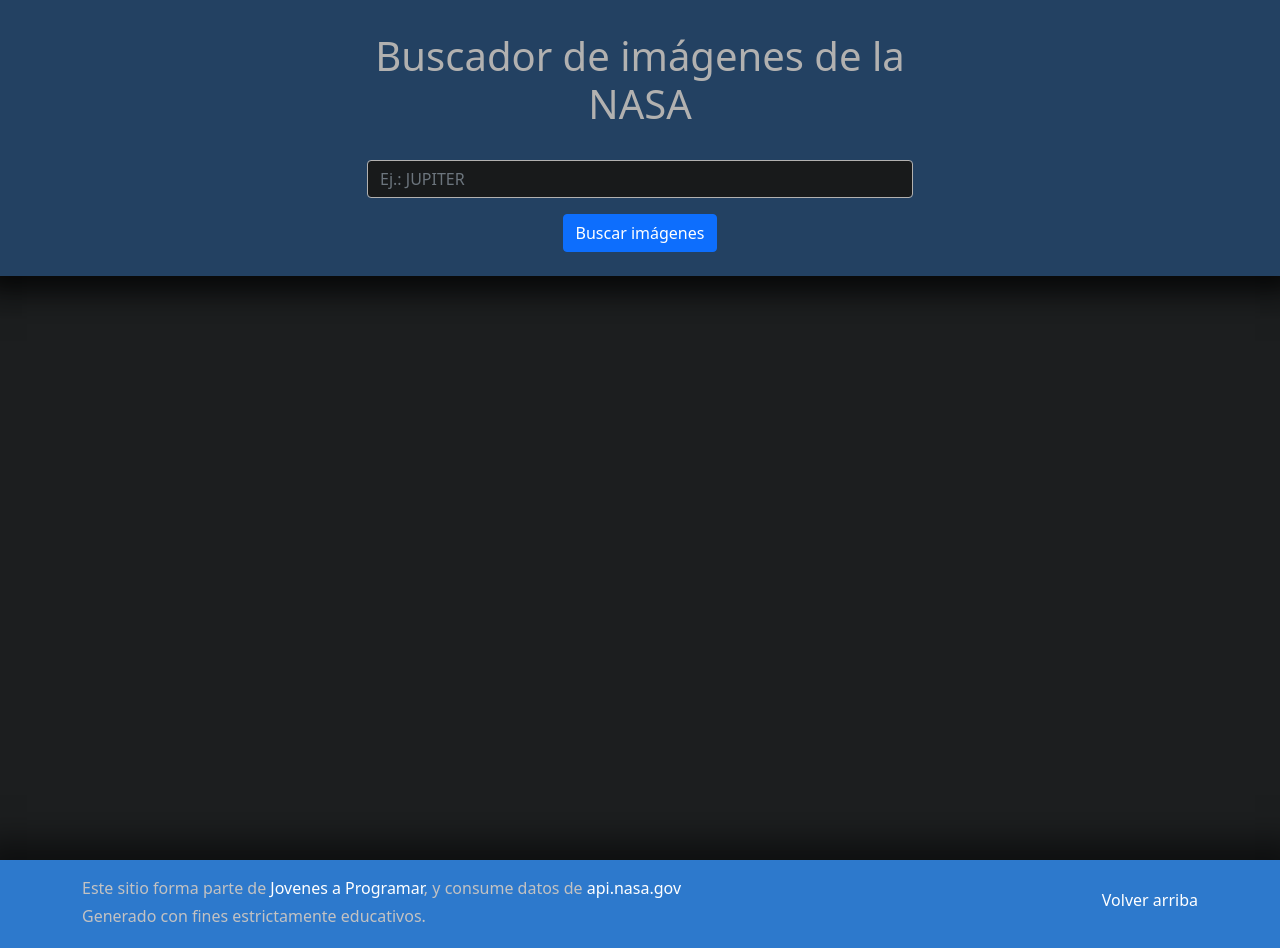
Repository: romancegirl/galaxies
Page: index.html
The author's editor kept a copy of each file at every save. The page is drawn from the files as they stood at one save, then again after the next save.
The browser window is 1280 px wide. The pictures show the whole page.

Above is the page before, as saved 2024-11-30 04:53:13.

### index.html
<!doctype html>
<html lang="es">

<head>
  <meta charset="utf-8">
  <meta name="viewport" content="width=device-width, initial-scale=1">
  <title>Buscador de imágenes de la NASA</title>

  <link href="css/bootstrap.min.css" rel="stylesheet">
  <link rel="stylesheet" href="css/style.css">
</head>

<body>

  <header>
    <div id="intro">
      <div class="text-center container">
        <div class="row py-lg-3">
          <div class="col-lg-6 col-md-8 mx-auto" id="beggining">
            <h1 class="fw-light">Buscador de imágenes de la NASA</h1>
            <input type="search" class="form-control" name="buscar" id="inputBuscar" placeholder="Ej.: JUPITER">
            <button class="btn btn-primary my-2" id="btnBuscar">Buscar imágenes</button>
          </div>
        </div>
      </div>
    </div>
  </header>

  <main>
    <div class="container">
      <div id="contenedor">
      </div>
    </div>
  </main>


  <footer class="text-muted py-3">
    <div class="container">
      <p class="float-end mb-1">
        <a href="#">Volver arriba</a>
      </p>
      <p class="mb-1">Este sitio forma parte de <a href="https://jovenesaprogramar.edu.uy/" target="_blank">
          Jovenes a Programar</a>, y consume datos de <a href="https://api.nasa.gov/" target="_blank">
          api.nasa.gov</a></p>
      <p class="mb-1">Generado con fines estrictamente educativos.</p>
    </div>
  </footer>

  <script src="https://cdn.jsdelivr.net/npm/bootstrap@5.3.1/dist/js/bootstrap.bundle.min.js"></script>
  <script src="js/space.js"></script>

</body>

</html>

### css/style.css
header {
    background-color: #2D79CC;
    bottom: 0;
    width: 100%;
    box-shadow: 0 0 30px 20px rgba(0, 0, 0, 0.5);
}

body {
    background-color: #1C1E1F;
    color: #B2B1B0;
    display: flex;
    flex-direction: column;
    min-height: 100vh;
}

main {
    min-height: calc(100vh - 160px);
    flex-grow: 1;
}

#intro {
    background-color: #1c1e1f9b;
    padding-top: 1rem;
    position: relative;
    box-shadow: 0 0 20px 10px rgba(0, 0, 0, 0.5);
}

h1 {
    margin-bottom: 2rem;
}

#inputBuscar {
    margin-bottom: 0.5rem;
}

input[type="search"] {
    background-color: #181A1B;
    border: 1px solid #B2B1B0;
    color: #B2B1B0;
}

input[type="search"]:focus {
    box-shadow: 0 0 5px #2D79CC;
    background-color: #181A1B;
    border: 1px solid #2D79CC;
    color: #B2B1B0;
}

.form-control {
    margin-bottom: 0.5rem;
}


#contenedor {
    display: flex;
    flex-wrap: wrap;
    justify-content: center;
    gap: 1rem;
    align-items: center;
}

.card {
    width: 22rem;
    height: 500px;
    display: flex;
    flex-direction: column;
    overflow: hidden;
    margin-top: 2rem;
    background-color: #181A1B;
    color: #c3c2c2;
    box-shadow: 0 0 4px 4px #2d7acc66;
}

.card-img-top {
    width: 100%;
    height: 250px;
    object-fit: cover;
}

.card-body {
    height: 250px;
    overflow-y: auto;
    padding: 1rem;
}

.card-text {
    display: -webkit-box;
    -webkit-line-clamp: 3;
    -webkit-box-orient: vertical;
    overflow: hidden;
    transition: all 0.3s ease-in-out;
}

.card-text.more {
    -webkit-line-clamp: 3;
    overflow: hidden;
}

.card-text.full {
    -webkit-line-clamp: unset;
    overflow: visible;
}

#more {
    cursor: pointer;
    color: #007bff;
    text-decoration: none;
    display: block;
    margin-top: 10px;
}



footer {
    background-color: #2D79CC;
    bottom: 0;
    width: 100%;
    margin-top: 1.5rem;
    box-shadow: 0 0 30px 20px rgba(0, 0, 0, 0.5);
}

footer p {
    color: #c3c2c2
}

footer a {
    color: #ffffff;
    text-decoration: none;
}

footer a:hover {
    color: #9b9a9b;
    transform: scale(1.05);
    transition: color 0.3s, text-shadow 0.3s;
}

footer .float-end {
    transform: translateY(50%);
}




@media (max-width: 1200px) {
    .col-lg-6 {
        width: 50%;
    }
}

@media (max-width: 768px) {
    .col-md-4 {
        width: 100%;
    }
}

### js/space.js
// Función para alternar la visibilidad del texto
function toggleDescription(button) {
    const cardBody = button.closest('.card-body');
    const descriptionText = cardBody.querySelector('.card-text');

    // Alternar clases entre "more" y "full" en el texto de la descripción
    if (descriptionText.classList.contains('more')) {
        descriptionText.classList.remove('more');
        descriptionText.classList.add('full');
        button.textContent = 'Ver menos'; // Cambiar el texto del botón
    } else {
        descriptionText.classList.remove('full');
        descriptionText.classList.add('more');
        button.textContent = 'Ver más'; // Cambiar el texto del botón
    }
}

// Asegúrate de que el evento de clic esté correctamente asignado en el HTML generado
const inputBuscar = document.getElementById('inputBuscar');
const btnBuscar = document.getElementById('btnBuscar');
const contenedor = document.getElementById('contenedor');

const searchNASAImages = async () => {
    const query = inputBuscar.value.trim();

    if (!query) {
        alert('Por favor, ingresa un término de búsqueda.');
        return;
    }

    const nasaAPI = `https://images-api.nasa.gov/search?q=${query}`;

    try {
        const response = await fetch(nasaAPI);
        const data = await response.json();

        const items = data.collection.items;
        if (!items || items.length === 0) {
            contenedor.innerHTML = `
            <h3><strong>No hemos encontrado información relacionada a "${query}".</strong></h3>`;
            return;
        }

        contenedor.innerHTML = '';

        const row = document.createElement('div');
        row.className = 'row';

        items.forEach((item) => {
            const { title, description, date_created } = item.data[0];
            const imageUrl = item.links?.[0]?.href || 'https://via.placeholder.com/150';

            // Crear la tarjeta
            const card = document.createElement('div');
            card.className = 'col-12 col-md-4 mb-6';

            // Contenido de la tarjeta
            card.innerHTML = `
                <div class="card">
                    <img src="${imageUrl}" class="card-img-top" alt="${title}">
                    <div class="card-body">
                        <h5 class="card-title">${title}</h5>
                        <p class="card-text more">${description || 'Descripción no disponible.'}</p>
                        <!-- Aquí controlamos la visibilidad del botón -->
                        ${description && description.length > 200 ? '<p class="card-text" id="more" onclick="toggleDescription(this)">Ver más</p>' : ''}
                        <p class="card-text"><small class="text-muted">Fecha: ${new Date(date_created).toLocaleDateString()}</small></p>
                    </div>
                </div>
            `;

            const descriptionText = card.querySelector('.card-text');
            const moreButton = card.querySelector('#more');
            if (!description || description.length <= 200) {
                if (moreButton) {
                    moreButton.style.display = 'none';
                }
                descriptionText.classList.add('full');
            }

            row.appendChild(card);
        });

        contenedor.appendChild(row);
    } catch (error) {
        console.error('Error al obtener datos:', error);
        contenedor.innerHTML = `<p class="text-center text-danger">Ocurrió un error al obtener los datos.</p>`;
    }
};

btnBuscar.addEventListener('click', searchNASAImages);
inputBuscar.addEventListener('keydown', (event) => {
    if (event.key === 'Enter') {
        event.preventDefault();
        searchNASAImages();
    }
});

Loaded but not shown: css/bootstrap.min.css (library)

After the next save:
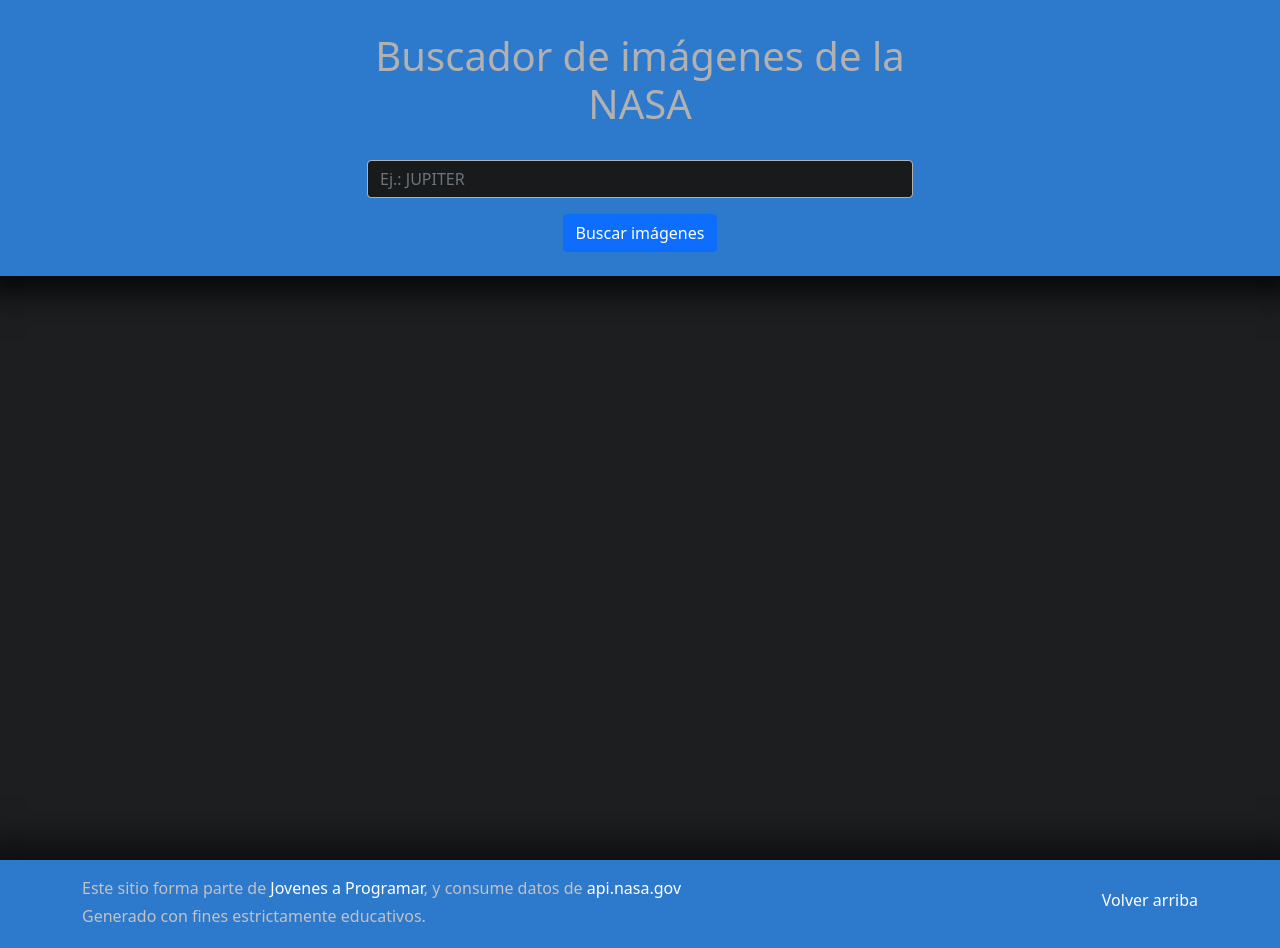
Saved 17 s later.
--- a/css/style.css
+++ b/css/style.css
@@ -19,7 +19,6 @@
 }
 
 #intro {
-    background-color: #1c1e1f9b;
     padding-top: 1rem;
     position: relative;
     box-shadow: 0 0 20px 10px rgba(0, 0, 0, 0.5);
